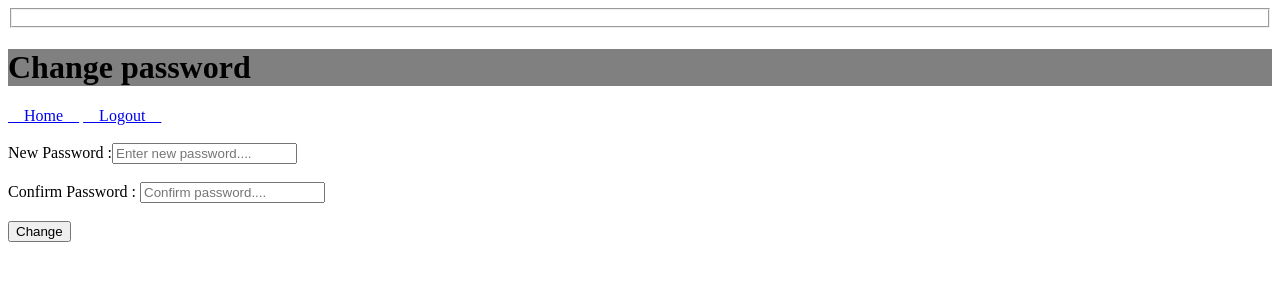
Repository: abhinavk718/servlet-project
Page: empwebapp/WebContent/changepassword.html
The author's editor kept a copy of each file at every save. The page is drawn from the files as they stood at one save, then again after the next save.
The browser window is 1280 px wide. The pictures show the whole page.

Above is the page before, as saved 2019-11-15 09:35:00.

After the next save:
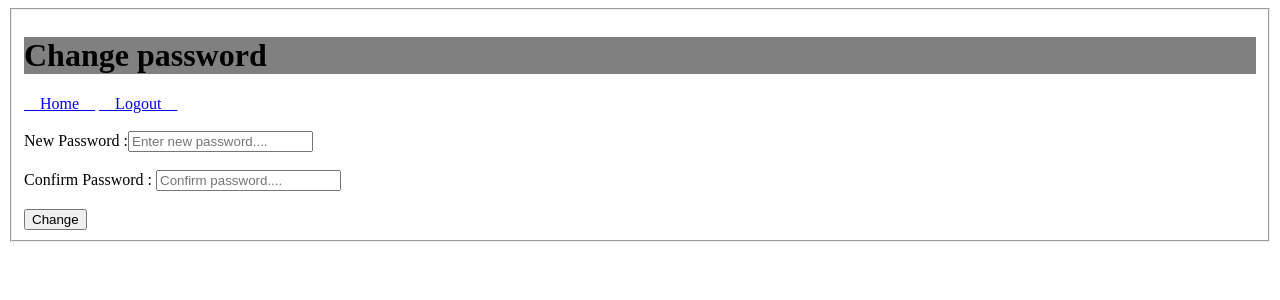
Saved 34 s later.
--- a/empwebapp/WebContent/changepassword.html
+++ b/empwebapp/WebContent/changepassword.html
@@ -5,7 +5,7 @@
 <title>Change password here</title>
 </head>
 <body>
-<fieldset></fieldset>
+<fieldset>
 <form action="" class="col-md-4 offset-4 mt-5 mb-5 card card-body" method="post">
     <h1 class="text-center" style="background-color: gray;">Change password</h1>
      <a href="#">&nbsp; &nbsp; Home &nbsp; &nbsp;</a>
